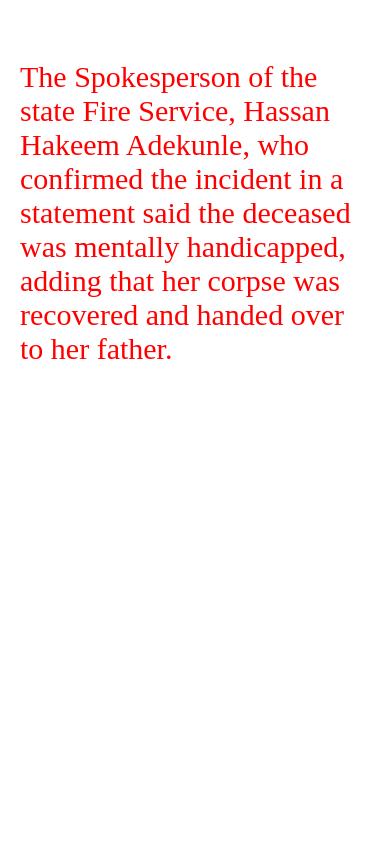
Repository: akinmiday/ReactNativeApp
Screen: /
The author's editor kept a copy of each file at every save. The screen is drawn from the files as they stood at one save, then again after the next save.
The app was drawn by React Native's web renderer in a window 390 px wide. The project was rebuilt for these pictures with package versions that can differ from the ones it lists, and the page was loaded fresh each time.

Above is the screen before, as saved 2023-08-06 15:55:36.

After the next save:
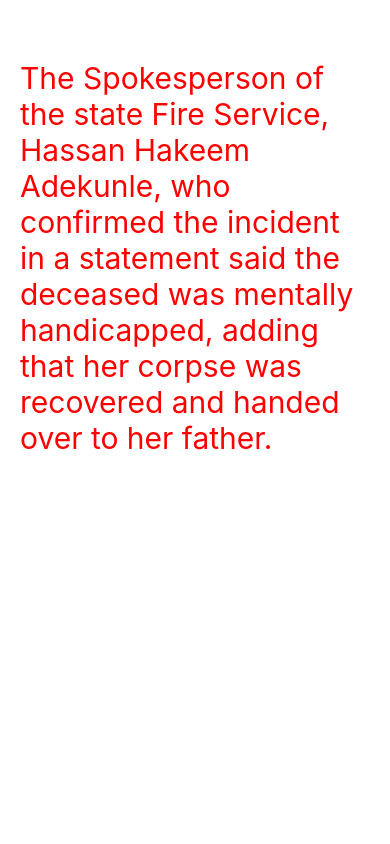
Saved 8 s later.
--- a/styles.js
+++ b/styles.js
@@ -17,7 +17,7 @@
   text: {
     color: "red",
     fontSize: 30,
-    fontFamily: "AppleSDGothicNeo-Light",
+    fontFamily: "",
   },
   button: {
     backgroundColor: "yellow",

After the save that followed:
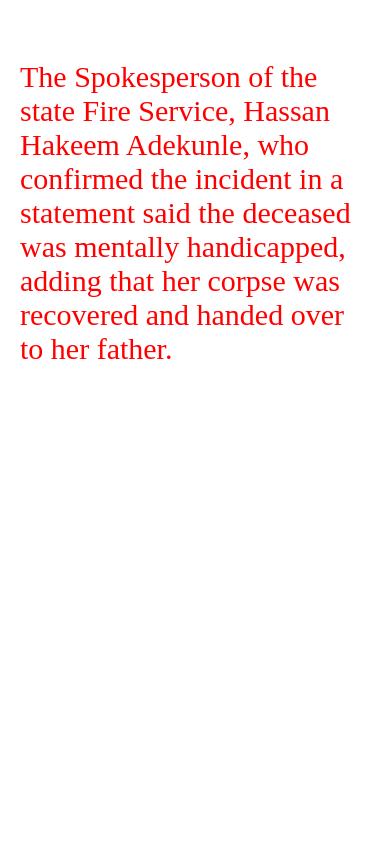
Saved 4 s later.
--- a/styles.js
+++ b/styles.js
@@ -17,7 +17,7 @@
   text: {
     color: "red",
     fontSize: 30,
-    fontFamily: "",
+    fontFamily: "AppleSDGothicNeo-Light",
   },
   button: {
     backgroundColor: "yellow",
